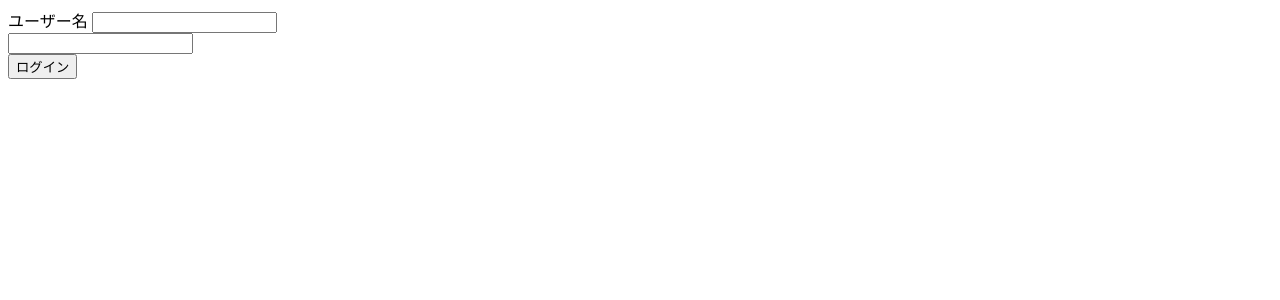
Repository: Ruzen1/java-
Page: 2019-06-19/WebContent/login.html
An editor plug-in stored every save of this project. The page is shown before and after the next save, followed by the edit.
The browser window is 1280 px wide. The pictures show the whole page.

Above is the page before, as saved 2019-06-19 06:11:20.

### 2019-06-19/WebContent/login.html
<!DOCTYPE html>
<html>
<head>
<meta charset="UTF-8">
<title>Insert title here</title>
</head>
<body>
<form action="#">
	<label for=txt1>ユーザー名</label>
	<input type=text name=user value="" id=txt1 tabindex=1><br/>
	<input type=password name = pass value ="" id=txt2 tabindex=2/>
	<br/>
	<input type=submit value=ログイン id=txt3 tabindex=3/>
</form>
</body>
</html>

After the next save:
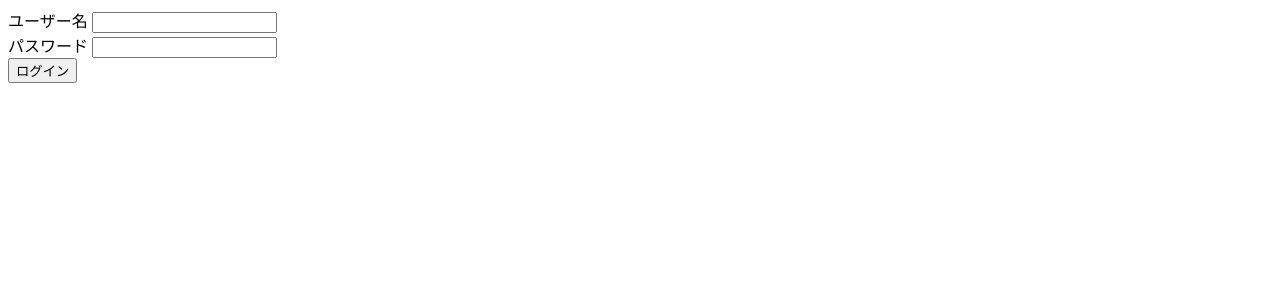
Saved 34 s later.
--- a/2019-06-19/WebContent/login.html
+++ b/2019-06-19/WebContent/login.html
@@ -8,6 +8,7 @@
 <form action="#">
 	<label for=txt1>ユーザー名</label>
 	<input type=text name=user value="" id=txt1 tabindex=1><br/>
+	<label for=txt1>パスワード</label>
 	<input type=password name = pass value ="" id=txt2 tabindex=2/>
 	<br/>
 	<input type=submit value=ログイン id=txt3 tabindex=3/>
